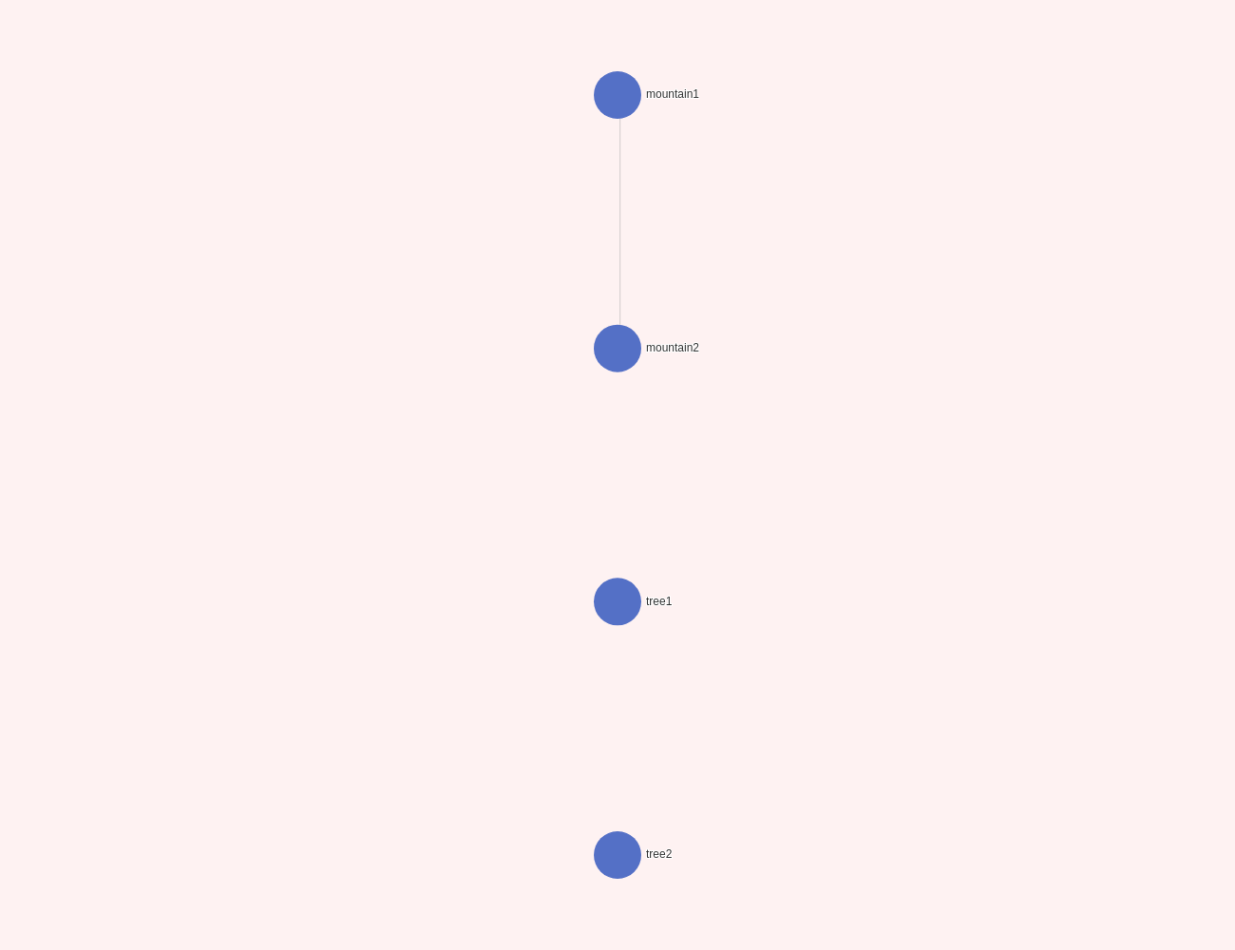
Repository: gaosth/Eyesee
Page: /link
The author's editor kept a copy of each file at every save. The page is drawn from the files as they stood at one save, then again after the next save.
The browser window is 1280 px wide. The page is 1300 px wide, so the pictures cover 1300 px, including what lies to the right of the window. The pictures show the whole page, at 95% of full size.
The project was rebuilt for these pictures with package versions that can differ from the ones it lists, and the page was loaded fresh each time. Also part of the build but not shown: vite.config.js, src/components/WelcomeItem.vue, src/components/icons/IconDocumentation.vue, src/components/icons/IconTooling.vue, src/components/icons/IconEcosystem.vue, src/components/icons/IconCommunity.vue, src/components/icons/IconSupport.vue, src/components/TheWelcome.vue and 16 more.

Above is the page before, as saved 2024-03-19 14:37:28.

After the next save:
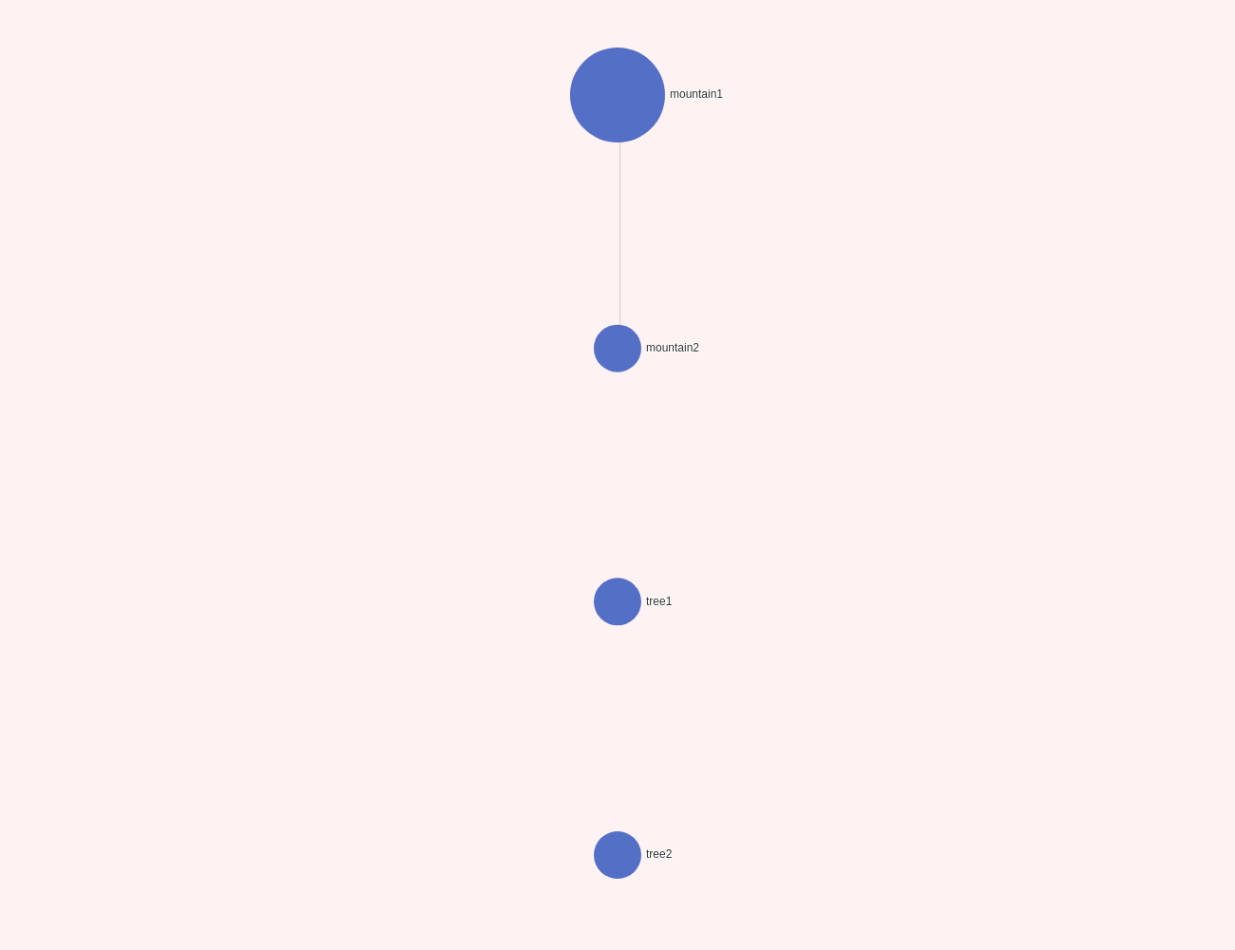
Saved 13 s later.
--- a/src/components/imgLink.vue
+++ b/src/components/imgLink.vue
@@ -18,7 +18,7 @@
             {
                 id: '0',
                 name: 'mountain1',
-                symbolSize: 50,
+                symbolSize: 100,
                 x: 100,
                 y: 100
 
